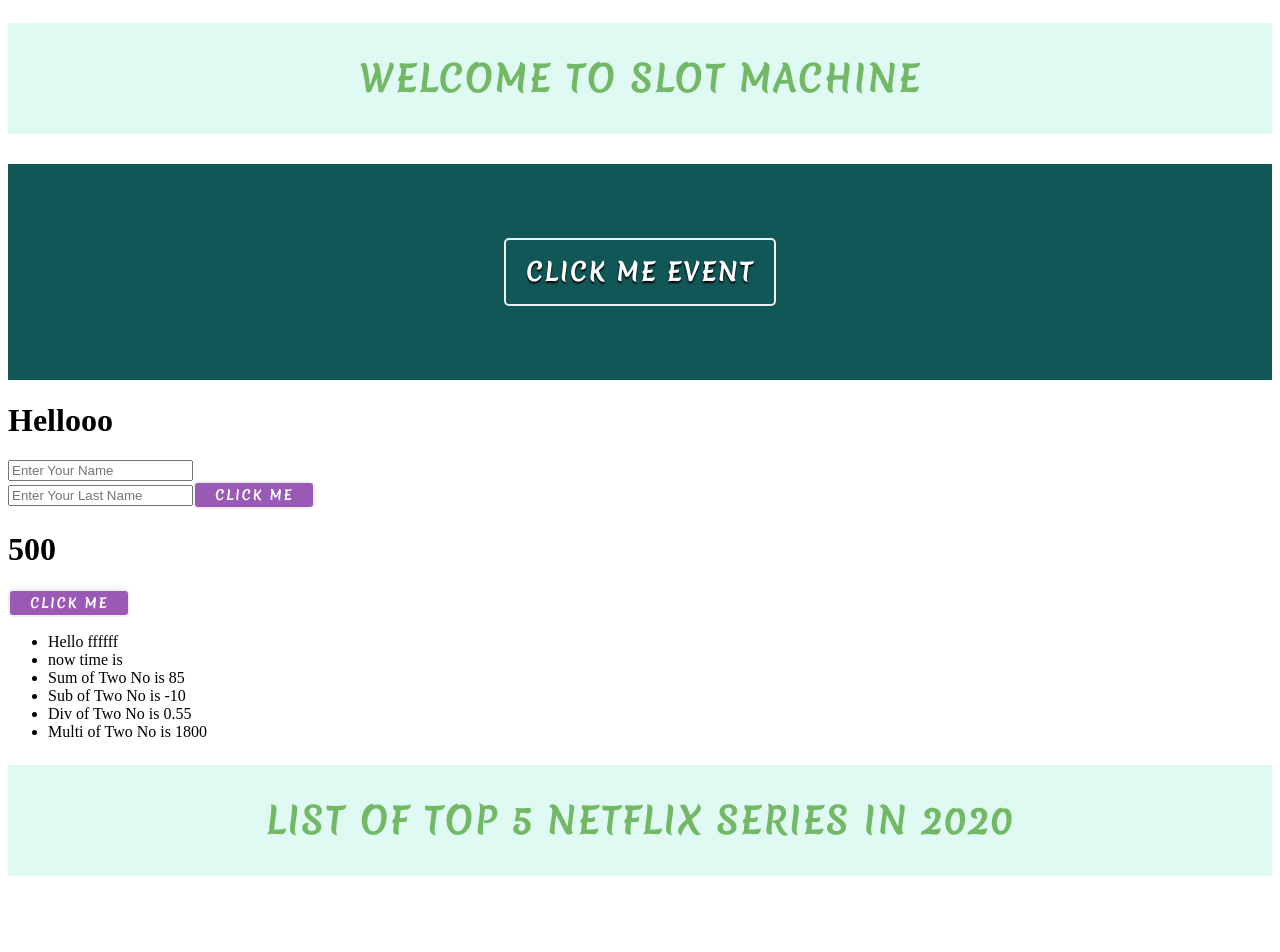
Repository: hardik2626/reactlearn2020
Page: /
The author's editor kept a copy of each file at every save. The page is drawn from the files as they stood at one save, then again after the next save.
The browser window is 1280 px wide. The pictures show the part of the page from y = 0 to 952 px (the page is 2005 px tall before and 2120 px after).
The project was rebuilt for these pictures with package versions that can differ from the ones it lists, and the page was loaded fresh each time.

Above is the page before, as saved 2020-10-12 18:22:03.

### public/index.html
<!DOCTYPE html>
<html lang="en">

<head>
    <meta charset="utf-8" />
    <link rel="icon" href="%PUBLIC_URL%/favicon.ico" />
    <meta name="viewport" content="width=device-width, initial-scale=1" />
    <meta name="theme-color" content="#000000" />
    <meta name="description" content="Web site created using create-react-app" />
    <link rel="apple-touch-icon" href="%PUBLIC_URL%/logo192.png" />
    <!--
      manifest.json provides metadata used when your web app is installed on a
      user's mobile device or desktop. See https://developers.google.com/web/fundamentals/web-app-manifest/
    -->
    <link rel="manifest" href="%PUBLIC_URL%/manifest.json" />
    <!--
      Notice the use of %PUBLIC_URL% in the tags above.
      It will be replaced with the URL of the `public` folder during the build.
      Only files inside the `public` folder can be referenced from the HTML.

      Unlike "/favicon.ico" or "favicon.ico", "%PUBLIC_URL%/favicon.ico" will
      work correctly both with client-side routing and a non-root public URL.
      Learn how to configure a non-root public URL by running `npm run build`.
    -->
    <link href="https://fonts.googleapis.com/css2?family=Merienda&display=swap" rel="stylesheet">
    <title>React App</title>
</head>

<body>
    <noscript>You need to enable JavaScript to run this app.</noscript>
    <div id="root"></div>
    <!--
      This HTML file is a template.
      If you open it directly in the browser, you will see an empty page.

      You can add webfonts, meta tags, or analytics to this file.
      The build step will place the bundled scripts into the <body> tag.

      To begin the development, run `npm start` or `yarn start`.
      To create a production bundle, use `npm run build` or `yarn build`.
    -->
</body>

</html>

### src/index.js
import React from 'react';
import ReactDOM from 'react-dom';
import App from './App';
import Cards from './Cards'
import './index.css';
import Sdata from './Sdata'

//console.log(Sdata[1].sname);

/*function nCard(val){
  //console.log(val);
  return(
    <Cards
     imgsrc={val.imgsrc}
     sname={val.sname}
     title={val.title}
     link={val.link}
     />
  )
}*/



ReactDOM.render(
  <>

  <App myname="ffffff" />


    <h1 className="heading_style">List of TOP 5 Netflix Series in 2020</h1>
    {/* {Sdata.map(nCard)}; */}

    {Sdata.map((val, index) => {
      console.log(index);
      return(
        <React.Fragment key={val.imgsrc}>
        <Cards  imgsrc={val.imgsrc} sname={val.sname} title={val.title} link={val.link} />
        </React.Fragment>
      )
      }
    )};


     { /* <Cards imgsrc={Sdata[1].imgsrc} sname={Sdata[1].sname} title={Sdata[1].title} link={Sdata[1].link} />
     <Cards imgsrc={Sdata[2].imgsrc} sname={Sdata[2].sname} title={Sdata[2].title} link={Sdata[2].link} /> */ }

  </>, document.getElementById('root')
);

### src/App.js
import React from 'react';
import add, { sub, mult, div } from './Calc';
import Eventhand from './Eventhand';
import MachineGame from './MachineGame';
import Myform from './Myform';
import Myhooks from './Myhooks';

function App(props){

  return(
    <>
    <MachineGame />
    <Eventhand />
   <Myform />
   <Myhooks />
  <ul>
  <li>Hello {props.myname}</li>
  <li>now time is {new Date().toLocaleDateString}</li>
    <li>Sum of Two No is {add(45,40)}</li>
    <li>Sub of Two No is {sub(30,40)}</li>
    <li>Div of Two No is {div(22,40)}</li>
    <li>Multi of Two No is {mult(45,40)}</li>
  </ul>
  </>
  )
}

export default App

### src/Cards.jsx
import React from 'react';

function Cards(props){
  //console.log(props)
  return(
    <>
    <div className="cards">
      <div className="card">
        <img src={props.imgsrc} alt="ALPIC" className="card__img" />
        <div className="card__info">
          <span className="card__category">{props.title}</span>
          <h3 className="card__title"> {props.sname} </h3>
          <a href={props.link } target="_blank">
            <button>Watch Now</button>
          </a>
        </div>
      </div>
    </div>
  </>
  )
}
export default Cards

### src/index.css
/* * {
    margin: 0;
    padding: 0;
    box-sizing: border-box;
}

.heading {
    color: blue;
    text-align: center;
    text-transform: capitalize;
    font-weight: bold;
    text-shadow: 0px 2ps 4px #ffe9c5;
    font-family: 'Merienda', cursive;
}

.heading2 {
    color: #c75757;
    text-align: center;
    text-transform: capitalize;
    font-weight: bold;
    font-family: 'Merienda', cursive;
}

.imgDIV {
    width: 200px;
    height: auto;
    margin-top: 20px;
    display: inline;
}

body {
    background-color: #b4f2e1;
    box-sizing: border-box;
    margin: 0;
    padding: 0;
    font-family: 'Gill Sans', 'Gill Sans MT', Calibri, 'Trebuchet MS', sans-serif;
}

div {
    width: 100%;
    height: 100vh;
    display: flex;
    justify-content: center;
    align-items: center;
    margin-top: -30px;
}

h1 {
    padding: 20px;
    background-color: #ffe9c5;
    color: #fa9191;
    border-radius: 20px;
    font-size: 60px;
}

span {
    color: #eb6383;
} */

.heading_style {
    padding: 30px 0;
    text-align: center;
    font-family: 'Merienda', cursive;
    text-transform: uppercase;
    font-size: 35px;
    letter-spacing: 2px;
    font-weight: bold;
    color: #3d9820ab;
    background-color: #b4f2e16b;
    margin-bottom: 30px;
}

.cards {
    width: 100%;
    height: auto;
}

.card {
    margin: 6%;
    background-color: #fff;
    width: 21.25%;
    border-radius: 12%;
    box-shadow: 0px 13px 10px -7px rgba(0, 0, 0, 0.1);
    float: left;
    transition: all 0.4s cubic-bezier(0.175, 0.885, 0, 1);
    -webkit-border-radius: 12%;
    -moz-border-radius: 12%;
    -ms-border-radius: 12%;
    -o-border-radius: 12%;
    -webkit-transition: all 0.4s cubic-bezier(0.175, 0.885, 0, 1);
    -moz-transition: all 0.4s cubic-bezier(0.175, 0.885, 0, 1);
    -ms-transition: all 0.4s cubic-bezier(0.175, 0.885, 0, 1);
    -o-transition: all 0.4s cubic-bezier(0.175, 0.885, 0, 1);
}

.card:hover {
    box-shadow: 0px 30px 18px -8px rgba(0, 0, 0, 0.1);
    transform: scale(1.05, 1.05);
    -webkit-transform: scale(1.05, 1.05);
    -moz-transform: scale(1.05, 1.05);
    -ms-transform: scale(1.05, 1.05);
    -o-transform: scale(1.05, 1.05);
}

.card__img {
    width: 100%;
    height: 235px;
    border-top-left-radius: 12px;
    border-top-right-radius: 12px;
}

.card__info {
    background-color: #fff;
    border-bottom-left-radius: 12px;
    border-bottom-right-radius: 12px;
    padding: 16px 24px 24px 24px;
}

.card__category {
    font-family: 'Franklin Gothic Medium', 'Arial Narrow', Arial, sans-serif;
    text-transform: uppercase;
    font-size: 13px;
    letter-spacing: 2px;
    font-weight: bold;
    color: #868686;
    background-color: #fff;
}

.card__title {
    margin-top: 5px;
    margin-bottom: 10px;
    font-family: 'Merienda', cursive;
    background-color: #fff;
    text-transform: capitalize;
}

button {
    padding: 8px 5px;
    font-family: 'Merienda', cursive;
    text-transform: uppercase;
    font-size: 13px;
    letter-spacing: 2px;
    font-weight: bold;
    color: #868686;
    background-color: #fff;
    outline: none;
    border: 1px solid #000;
    cursor: pointer;
}

button {
    line-height: 24px;
    padding: 0 20px;
    background-color: #9b59b6;
    color: #fff;
    border: 2px solid #ecf0f1;
    outline: none;
    border-radius: 5px;
    text-transform: uppercase;
    cursor: pointer;
    -webkit-border-radius: 5px;
    -moz-border-radius: 5px;
    -ms-border-radius: 5px;
    -o-border-radius: 5px;
}

.evnthnd {
    color: White;
    background: transparent;
    text-shadow: 0 2px 2px #000;
    font-size: 24px;
    padding: 20px;
}

div.evnt {
    width: 100%;
    height: 30vh;
    display: flex;
    justify-content: center;
    align-items: center;
    background-color: violet;
    flex-direction: column;
}

### src/Sdata.jsx
const Sdata = [{
        imgsrc : "https://picsum.photos/500/300",
        sname : "DARK",
        title : " A Netflix Original Series",
        link : "https://www.google.com/"
    },
    {
        imgsrc : "https://picsum.photos/500/330",
        sname : "Extra Carricular",
        title : " A Netflix Original Series",
        link : "https://www.google.com/"
    },
    {
        imgsrc : "https://picsum.photos/500/340",
        sname : "MasterCard",
        title : " A Netflix Original Series",
        link : "https://www.google.com/"
    },
    {
        imgsrc : "https://picsum.photos/500/335",
        sname : "TrueLove",
        title : " A ZEE  Series",
        link : "https://www.google.com/"
    },
    {
        imgsrc : "https://picsum.photos/500/345",
        sname : "Khul JA Sim Sim",
        title : " A ZEE5  Series",
        link : "https://www.google.com/"
    },
    {
        imgsrc : "https://picsum.photos/500/339",
        sname : "Extra Carricular",
        title : " A Netflix Original Series",
        link : "https://www.google.com/"
    }

];
export default Sdata

### src/Calc.jsx
import React from 'react';

function add(a, b) {
    let sum = a + b;
    return sum;
}
export default add;

function sub(a, b) {
    let sub = a - b;
    return sub;
}


function mult(a, b) {
    let mult = a * b;
    return mult;
}


function div(a, b) {
    let div = a / b;
    return div;
}
export { sub, mult, div };

### src/Eventhand.js
import React, { Component, useState } from 'react'

const Eventhand = () => {
        const purple = "#125758";
        const Newpurple = "#656987";
        const [bg,setBg] = useState(purple)
        const [ename, setName] = useState('Click Me Event')
        const bgChange = () => {
                //console.log('clickkk');
                let newBg = "#789548"
                setBg(newBg)
                setName("Hardik Devani 🤬 ")
        }
        const bgBack = () => {
                setBg(Newpurple)
                setName('Double Click 😠')
        }
        return(
                <>
                        <div className="evnt" style={{backgroundColor:bg}}>
                                <button className="evnthnd"  onMouseEnter={bgChange} onMouseLeave={bgBack}>
                                {/* <button className="evnthnd"  onClick={bgChange} onDoubleClick={bgBack}> */}
                                {ename}
                                </button>
                        </div>
                </>
        )
}
export default Eventhand;

### src/MachineGame.js
import React, { Component } from 'react'

const  SlotM = () => {
    let x = 'A';
    let y = 'B';
    let z = 'A';

    if( (x===y) && (y===z) ){
        return(
            <>
                <div className="slot">
                    <h1>{x} {y} {z}</h1>
                    <h2>This is Matching</h2>
                    <hr/>

                </div>
            </>
        )
    } else {
        return(
            <>
                <div className="slot">
                    <h1>{x} {y} {z}</h1>
                    <h2>This is not Matching</h2>
                    <hr/>

                </div>
            </>
        )
    }
}

const MachineGame = () =>{
    return(
        <>
            <h1 className="heading_style"> Welcome to <span style={{fontWeight:'bold'}}>Slot Machine</span>  </h1>
        </>
    )
}

export default MachineGame

### src/Myform.js
import React, { useState } from 'react'

const Myform = () => {

        const [name, setName] = useState('')
        const [lastname, setLastName] = useState('')
        const [fullName, setFullName] = useState('')
        const [lastname2, setLastName2] = useState('')

        const subForm = (event) =>{
                setName(event.target.value)
                //console.log(event.target.value);
        }

        const subFormlname = (event) => {
                setLastName(event.target.value)
        }
        const onSubmit = (event) => {
                event.preventDefault();
                setFullName(name)
                setLastName2(lastname)
        }
        return(
                <>
                <div className="main_div">
                <form onSubmit={onSubmit}>
                        <h1>Hellooo {fullName} {lastname2}</h1>
                        <input type="email" placeholder="Enter Your Name" onChange={subForm} value={name} />
                        <br/>
                        <input type="password" placeholder="Enter Your Last Name" onChange={subFormlname} value={lastname} />
                        <button type="submit">Click Me</button>
                        </form>
                </div>
        </>
        )
}

export default Myform;

### src/Myhooks.js
import React, { useState } from 'react';
let count = 1;

const Myhooks = () => {

        const state = useState();
const [count, setCount] = useState(500);

const IncNum = () => {
        setCount(count + 5)
        //console.log("clicked" + count++)
};

        return(
                <>
                <h1>{count}</h1>
                <button onClick={IncNum}>Click Me</button>
                </>
        )
}
export default Myhooks

After the next save:
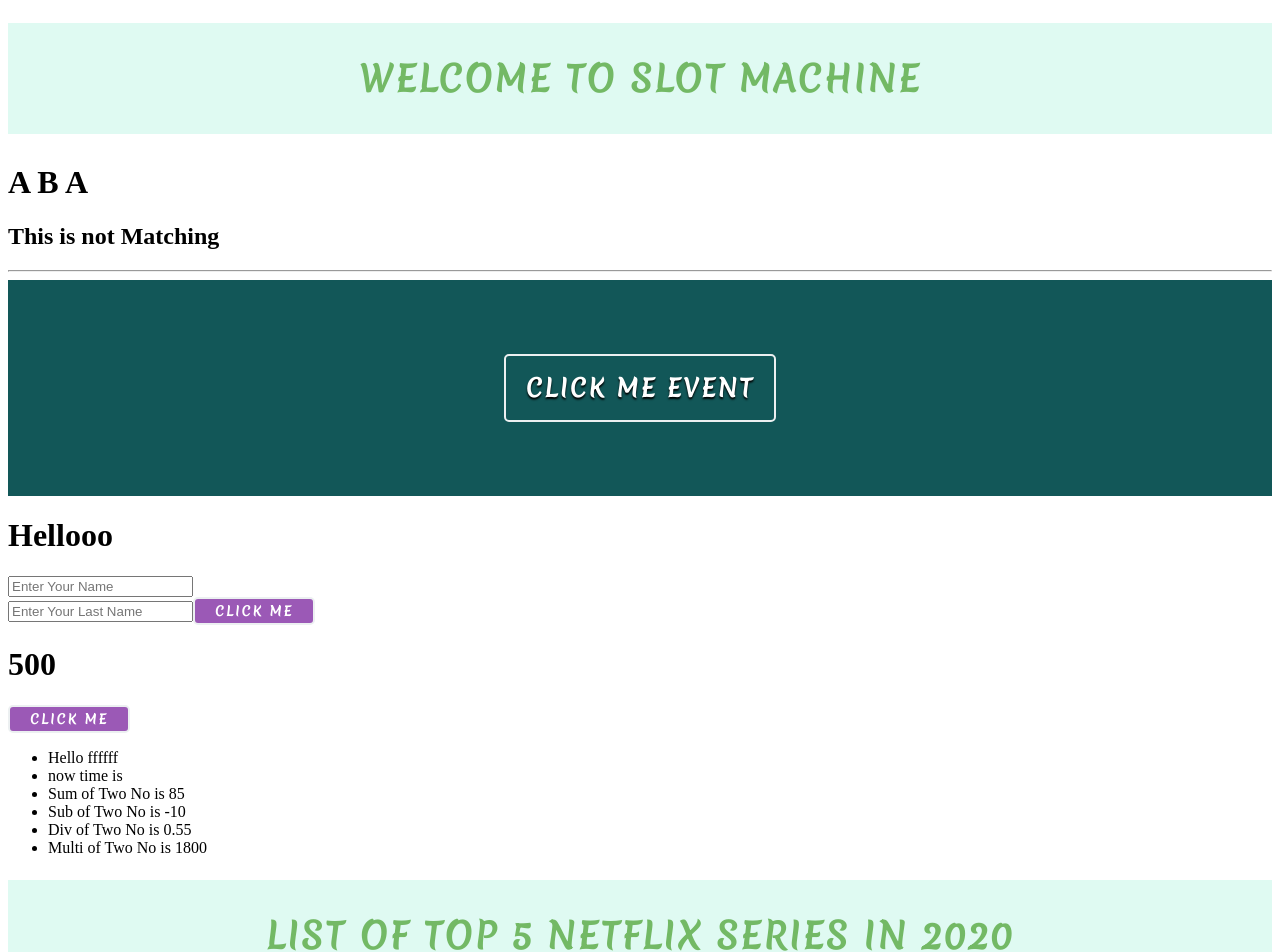
Saved 41 s later.
--- a/src/MachineGame.js
+++ b/src/MachineGame.js
@@ -34,6 +34,7 @@ const MachineGame = () =>{
     return(
         <>
             <h1 className="heading_style"> Welcome to <span style={{fontWeight:'bold'}}>Slot Machine</span>  </h1>
+            <SlotM />
         </>
     )
 }
